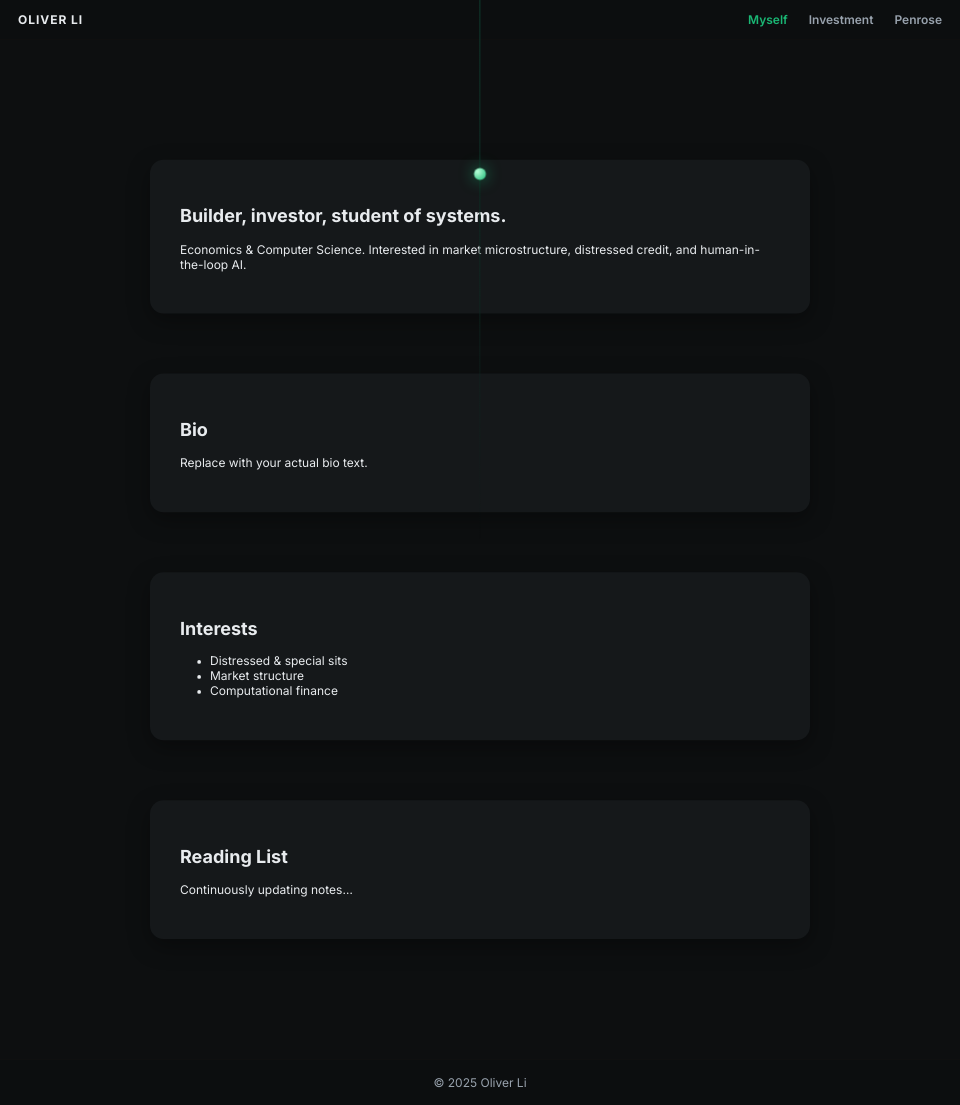
Repository: oliverli1728/portfolio
Page: index.html
These files come from the project's save history. The page is drawn as it stood at one moment and after the next save; the edit follows.
The browser window is 1280 px wide. The pictures show the whole page, at 75% of full size.
Some web fonts or font styles are not loaded; a fallback is used.

Above is the page before, as saved 2025-09-25 22:30:05.

### index.html
<!DOCTYPE html>
<html lang="en">
<head>
  <meta charset="utf-8" />
  <meta name="viewport" content="width=device-width, initial-scale=1" />
  <title>Oliver Li</title>
  <link rel="stylesheet" href="style.css" />
  <link rel="stylesheet" href="mediaqueries.css" />
  <link rel="preconnect" href="https://fonts.googleapis.com">
  <link rel="preconnect" href="https://fonts.gstatic.com" crossorigin>
  <link href="https://fonts.googleapis.com/css2?family=Inter:wght@300;400;600;700&display=swap" rel="stylesheet">
</head>
<body>
  <header class="site-header">
    <a class="brand" href="#myself">OLIVER&nbsp;LI</a>
    <nav class="nav">
      <a href="#myself" class="tab-link active">Myself</a>
      <a href="#investment" class="tab-link">Investment</a>
      <a href="#penrose" class="tab-link">Penrose</a>
    </nav>
  </header>

  <!-- Particle rail (center) -->
  <div class="particle-track" aria-hidden="true">
    <div class="particle" id="particle"></div>
  </div>

  <main>
    <!-- Myself page -->
    <section id="myself" class="tab-content active">
      <div class="panel" data-fade>
        <h1>Builder, investor, student of systems.</h1>
        <p>Economics & Computer Science. Interested in market microstructure, distressed credit, and human-in-the-loop AI.</p>
      </div>
      <div class="panel" data-fade>
        <h2>Bio</h2>
        <p>Replace with your actual bio text.</p>
      </div>
      <div class="panel" data-fade>
        <h2>Interests</h2>
        <ul>
          <li>Distressed & special sits</li>
          <li>Market structure</li>
          <li>Computational finance</li>
        </ul>
      </div>
      <div class="panel" data-fade>
        <h2>Reading List</h2>
        <p>Continuously updating notes…</p>
      </div>
    </section>

    <!-- Investment page -->
    <section id="investment" class="tab-content">
      <h2>Investment Notes</h2>
      <p>Content here (cards, theses, etc.).</p>
    </section>

    <!-- Penrose page -->
    <section id="penrose" class="tab-content">
      <div class="penrose-container">
        <img src="assets/penrose-logo.png" alt="Penrose logo" class="penrose-animated" />
        <p>Paradox, perspective, conviction.</p>
      </div>
    </section>
  </main>

  <footer class="site-footer">
    <span>© <span id="year"></span> Oliver Li</span>
  </footer>

  <script src="script.js"></script>
</body>
</html>

### style.css
:root{
  --bg:#0d0f10;
  --elev:#15181a;
  --muted:#98a2ad;
  --text:#e8ebee;
  --accent:#1ab774;
  --accent-2:#0f8054;
  --rail:#0e2a22;
  --radius:18px;
  --shadow:0 10px 30px rgba(0,0,0,.35);
}

body{
  margin:0;
  font-family:Inter,system-ui,sans-serif;
  background:var(--bg);
  color:var(--text);
  scroll-behavior:smooth;
}

.site-header{
  position:sticky; top:0; display:flex; justify-content:space-between; align-items:center;
  padding:16px 24px; backdrop-filter:blur(6px);
  background:rgba(13,15,16,0.85);
  border-bottom:1px solid #111;
}
.brand{ color:var(--text); font-weight:700; text-decoration:none; letter-spacing:.08em; }
.nav{ display:flex; gap:28px; }
.tab-link{ color:var(--muted); text-decoration:none; font-weight:600; }
.tab-link.active{ color:var(--accent); }

.tab-content{ display:none; min-height:100vh; padding:80px 20px; }
.tab-content.active{ display:block; }

/* Particle */
.particle-track{ position:fixed; top:0; left:50%; width:2px; height:100%; background:linear-gradient(var(--rail),transparent); transform:translateX(-50%); z-index:0; }
.particle{ position:fixed; left:50%; top:20vh; width:16px; height:16px; border-radius:50%; background:radial-gradient(circle at 30% 30%, #b7ffd8, var(--accent)); box-shadow:0 0 20px rgba(26,183,116,.7); transform:translate(-50%,0); }

/* Panels */
.panel{ margin:80px auto; max-width:800px; background:var(--elev); padding:40px; border-radius:var(--radius); box-shadow:var(--shadow); }
[data-fade]{ opacity:0; transform:translateY(24px); transition: opacity .8s ease, transform .8s ease; }
[data-fade].in-view{ opacity:1; transform:none; }

/* Penrose animation */
.penrose-container{ display:flex; flex-direction:column; align-items:center; justify-content:center; height:100vh; }
.penrose-animated{ width:320px; animation: float 5s ease-in-out infinite, rotate 30s linear infinite; }
@keyframes float{ 0%,100%{ transform:translateY(0); } 50%{ transform:translateY(-20px); } }
@keyframes rotate{ 0%{ transform:rotate(0deg); } 100%{ transform:rotate(360deg); } }

/* Footer */
.site-footer{ text-align:center; padding:20px; border-top:1px solid #111; background:#0c0e0f; color:var(--muted); }

### mediaqueries.css
@media (max-width: 900px){
  .panel{ margin:40px 12px; padding:24px; }
}

@media (max-width: 600px){
  .nav{ gap:16px; }
  .penrose-animated{ width:220px; }
}

### script.js
// Tab switching with deep-link support
const tabs = document.querySelectorAll('.tab-link');
const contents = document.querySelectorAll('.tab-content');

function activateTab(id){
  tabs.forEach(t => t.classList.remove('active'));
  contents.forEach(c => c.classList.remove('active'));
  const targetTab = document.querySelector(`.tab-link[href='${id}']`);
  const targetContent = document.querySelector(id);
  if(targetTab && targetContent){
    targetTab.classList.add('active');
    targetContent.classList.add('active');
    window.scrollTo({ top:0, behavior:'smooth' });
  }
}

function initTabs(){
  tabs.forEach(tab => {
    tab.addEventListener('click', e => {
      e.preventDefault();
      const id = tab.getAttribute('href');
      activateTab(id);
      history.pushState(null, '', id);
    });
  });
}

window.addEventListener('DOMContentLoaded', () => {
  const hash = window.location.hash || '#myself';
  activateTab(hash);
  initTabs();
  document.getElementById('year').textContent = new Date().getFullYear();
});

window.addEventListener('popstate', () => {
  const hash = window.location.hash || '#myself';
  activateTab(hash);
});

// Particle curved motion
const particle = document.getElementById('particle');
window.addEventListener('scroll', () => {
  const scrollTop = window.scrollY;
  const docHeight = document.documentElement.scrollHeight - window.innerHeight;
  const pct = docHeight > 0 ? scrollTop / docHeight : 0;
  const trackHeight = window.innerHeight - 160;
  const y = 80 + pct * trackHeight;
  const xOffset = Math.sin(pct * Math.PI * 2) * 40; // sinusoidal curve
  particle.style.transform = `translate(calc(-50% + ${xOffset}px), ${y}px)`;
});

// Fade-in on scroll
const faders = document.querySelectorAll('[data-fade]');
const io = new IntersectionObserver(entries => {
  entries.forEach(entry => {
    if(entry.isIntersecting) entry.target.classList.add('in-view');
  });
},{ threshold:0.2 });
faders.forEach(el => io.observe(el));

After the next save:
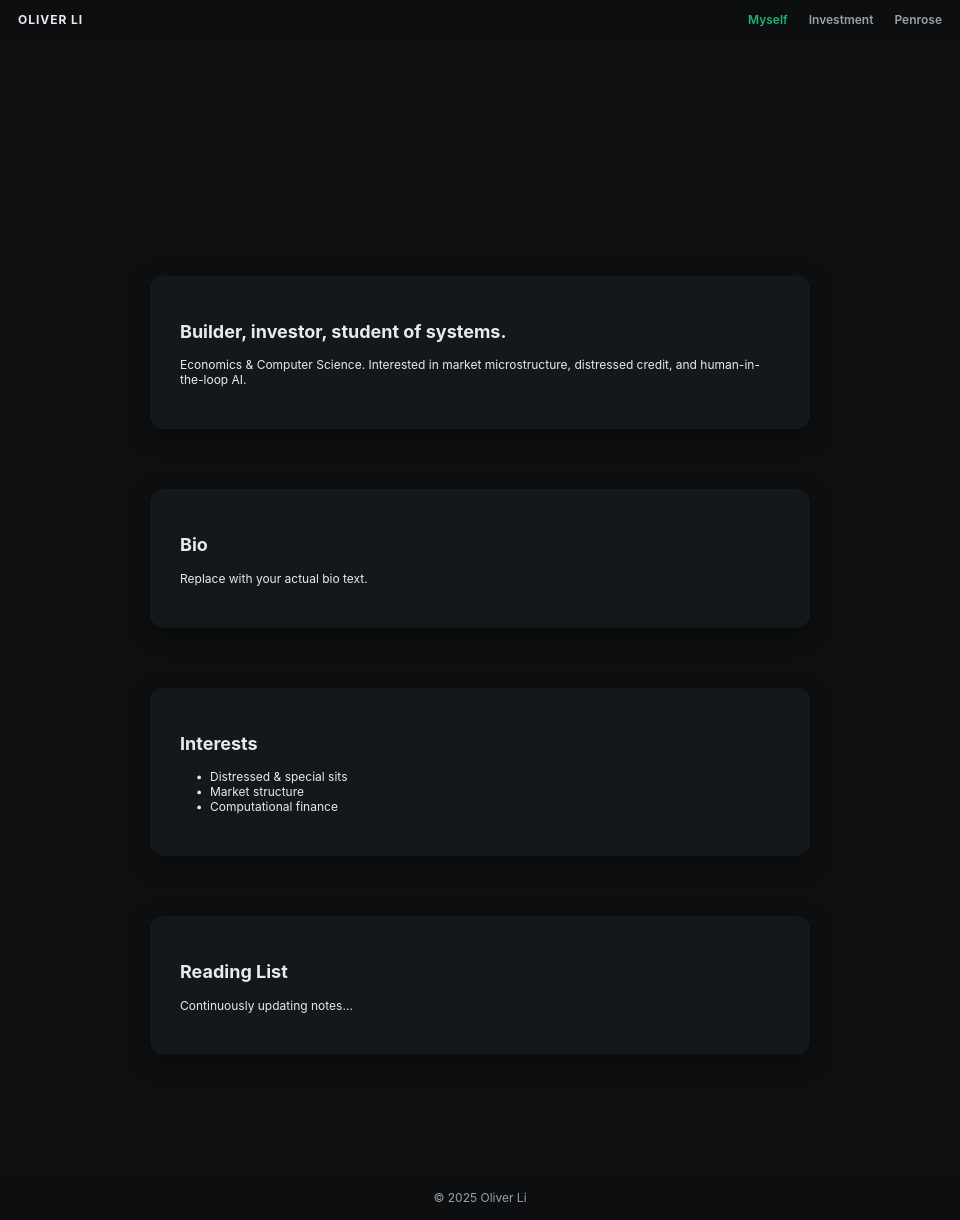
Console error: TypeError: Cannot read properties of null (reading 'style')
Saved 5 min 14 s later.
--- a/index.html
+++ b/index.html
@@ -8,7 +8,7 @@
   <link rel="stylesheet" href="mediaqueries.css" />
   <link rel="preconnect" href="https://fonts.googleapis.com">
   <link rel="preconnect" href="https://fonts.gstatic.com" crossorigin>
-  <link href="https://fonts.googleapis.com/css2?family=Inter:wght@300;400;600;700&display=swap" rel="stylesheet">
+  <link href="https://fonts.googleapis.com/css2?family=Lusitana:wght@400;700&display=swap" rel="stylesheet">
 </head>
 <body>
   <header class="site-header">
@@ -20,10 +20,8 @@
     </nav>
   </header>
 
-  <!-- Particle rail (center) -->
-  <div class="particle-track" aria-hidden="true">
-    <div class="particle" id="particle"></div>
-  </div>
+  <!-- Particle canvas -->
+  <canvas id="particleCanvas"></canvas>
 
   <main>
     <!-- Myself page -->
